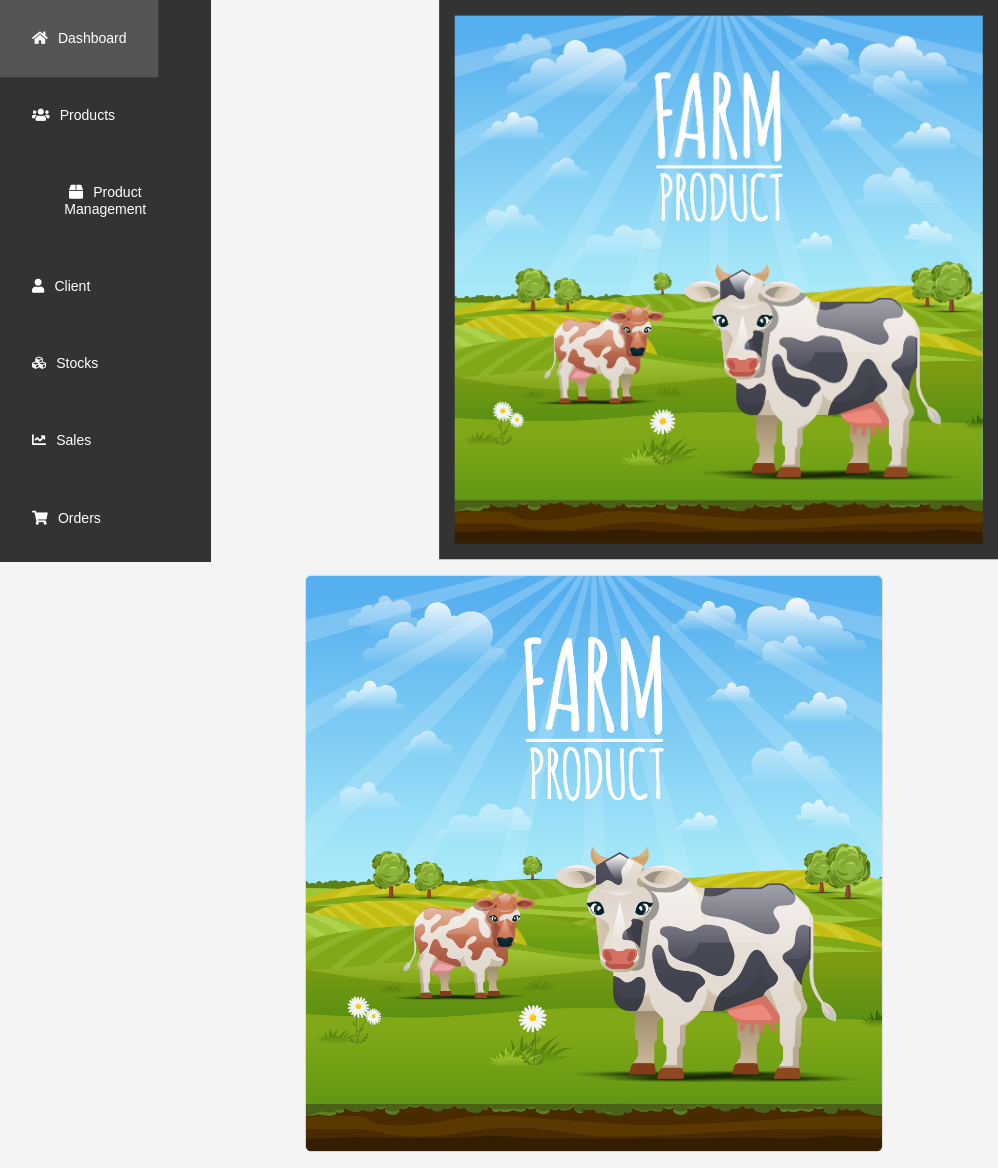
Repository: AmrutaAware/CodingQueens
Page: workspaceBilling/BillingSystem/src/main/webapp/Dashbord.html
An editor plug-in stored every save of this project. The page is shown before and after the next save, followed by the edit.
The browser window is 1280 px wide. The pictures show the whole page, at 78% of full size.

Above is the page before, as saved 2024-03-11 08:51:36.

### workspaceBilling/BillingSystem/src/main/webapp/Dashbord.html
<!DOCTYPE html>
<html lang="en">
<head>
  <meta charset="UTF-8">
  <meta name="viewport" content="width=device-width, initial-scale=1.0">
  <link rel="stylesheet" href="https://cdnjs.cloudflare.com/ajax/libs/font-awesome/5.15.3/css/all.min.css">
  <link rel="stylesheet" href="css/style.css"> <!-- You can link your own stylesheet here -->
  <style>
    body {
      margin: 0;
      padding: 0;
      font-family: 'Arial', sans-serif;
      background-color: #f4f4f4;
    }

    #navbar {
      background-color: #333;
      overflow: hidden;
    }

    #navbar ul {
      list-style-type: none;
      margin: 0;
      padding: 0;
      overflow: hidden;
    }

    #navbar li {
      float: left;
    }

    #navbar li a {
      display: block;
      color: white;
      text-align: center;
      padding: 14px 16px;
      text-decoration: none;
    }

    #navbar li a:hover {
      background-color: #ddd;
      color: #333;
    }

    #navbar .sub-menu {
      display: none;
      position: absolute;
      background-color: #333;
      box-shadow: 0 8px 16px 0 rgba(0, 0, 0, 0.2);
      z-index: 1;
    }

    #navbar li:hover .sub-menu {
      display: block;
    }

    .fas {
      margin-right: 8px;
    }

    .company-info {
      text-align: center;
      padding: 20px;
      background-color: #333;
    }

    .company-logo {
      max-width: 100%;
      height: auto;
    }

    .div1 {
      text-align: center;
      padding: 20px;
    }

    .div1 img {
      max-width: 100%;
      height: auto;
      border: 1px solid #ddd;
      border-radius: 8px;
    }
  </style>
  <title>Management Panel</title>
</head>
<body>
  <div id="navbar">
    <ul>
      <li><a href="#"><i class="fas fa-home"></i> Dashboard</a></li>
      <li><a href="#"><i class="fas fa-users"></i> Products <div class="sub-menu">
        <!-- Add your sub-menu items here -->
      </div></a></li>
      <li><a href="#"><i class="fas fa-box"></i> Product Management <div class="sub-menu">
        <!-- Add your sub-menu items here -->
      </div></a></li>
      <li><a href="#"><i class="fas fa-user"></i> Client <div class="sub-menu">
        <!-- Add your sub-menu items here -->
      </div></a></li>
      <li><a href="#"><i class="fas fa-cubes"></i> Stocks <div class="sub-menu">
        <!-- Add your sub-menu items here -->
      </div></a></li>
      <li><a href="#"><i class="fas fa-chart-line"></i> Sales <div class="sub-menu">
        <!-- Add your sub-menu items here -->
      </div></a></li>
      <li><a href="#"><i class="fas fa-shopping-cart"></i> Orders <div class="sub-menu">
        <!-- Add your sub-menu items here -->
      </div></a></li>
      <li><a href="#"><i class="fas fa-user"></i> Transport <div class="sub-menu">
        <!-- Add your sub-menu items here -->
      </div></a></li>
      <li><a href="#"><i class="fas fa-credit-card"></i> Invoice <div class="sub-menu">
        <!-- Add your sub-menu items here -->
      </div></a></li>
      <li><a href="logout.html"><i class="fas fa-sign-out-alt"></i> Logout</a></li>
    </ul>
  </div>

  <div class="company-info">
    <img src="img/1605.m00.i125.n043.S.c12.324041900 Farm landscape with cows vector illustration.jpg" alt="Company Logo" class="company-logo">
  </div>

  <div class="div1">
     <img src="img/1605.m00.i125.n043.S.c12.324041900 Farm landscape with cows vector illustration.jpg" alt="Image">
  </div>
</body>
</html>

### workspaceBilling/BillingSystem/src/main/webapp/css/style.css
@charset "ISO-8859-1";
body {
      font-family: Arial, sans-serif;
      margin: 0;
      padding: 0;
      background-color: #e8e8e8;
    }

    #navbar {
      background-color: #333;
      height: 100vh;
      width: 270px;
      position: fixed;
    }

    #navbar ul {
      list-style-type: none;
      padding: 0;
      margin: 0;
    }

    #navbar li {
      padding: 25px;
      font-size: 18px;
      text-align: left;
      color: #fff;
      cursor: pointer;
      transition: background-color 0.3s;
    }

    #navbar li:hover {
      background-color: #555;
    }

    #sub-menu {
      display: none;
      position: absolute;
      left: 270px;
      width:230px;
      font-size: 17px;
      background-color: #444;
      padding: 20px;
      box-shadow: 0 0 10px rgba(0, 0, 0, 0.3);
    }

    #navbar li:hover #sub-menu {
      display: block;
    }

    #sub-menu a {
      display: block;
      color: #fff;
      padding: 10px;
      text-decoration: none;
      transition: background-color 0.3s;
    }

    #sub-menu a:hover {
      background-color: #555;
    }

     .company-info {
      display: flex;
      margin-left: 44%;
      padding: 10px;
      /* background-size: cover; */
     }

    .company-logo {
      width: 800px;
      height: 125px;

    }

     .div1 {
      display: flex;
      margin-left: 29%;
      padding: 5px;
    }

    .div1 img {
      width: 85%;
    }

After the next save:
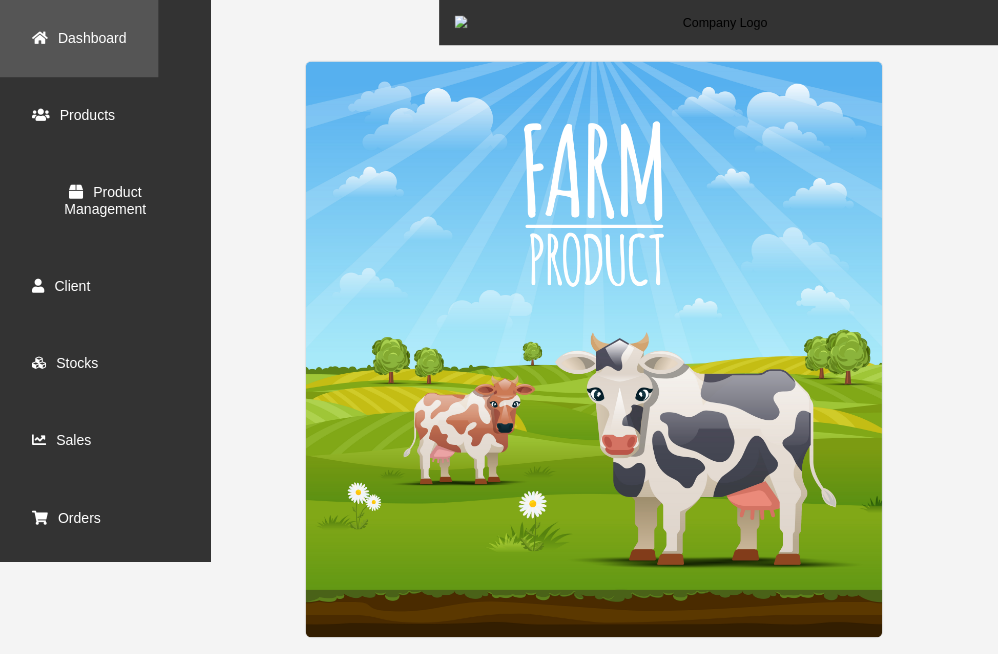
Saved 12 s later.
--- a/workspaceBilling/BillingSystem/src/main/webapp/Dashbord.html
+++ b/workspaceBilling/BillingSystem/src/main/webapp/Dashbord.html
@@ -116,7 +116,7 @@
   </div>
 
   <div class="company-info">
-    <img src="img/1605.m00.i125.n043.S.c12.324041900 Farm landscape with cows vector illustration.jpg" alt="Company Logo" class="company-logo">
+    <img src="" alt="Company Logo" class="company-logo">
   </div>
 
   <div class="div1">
